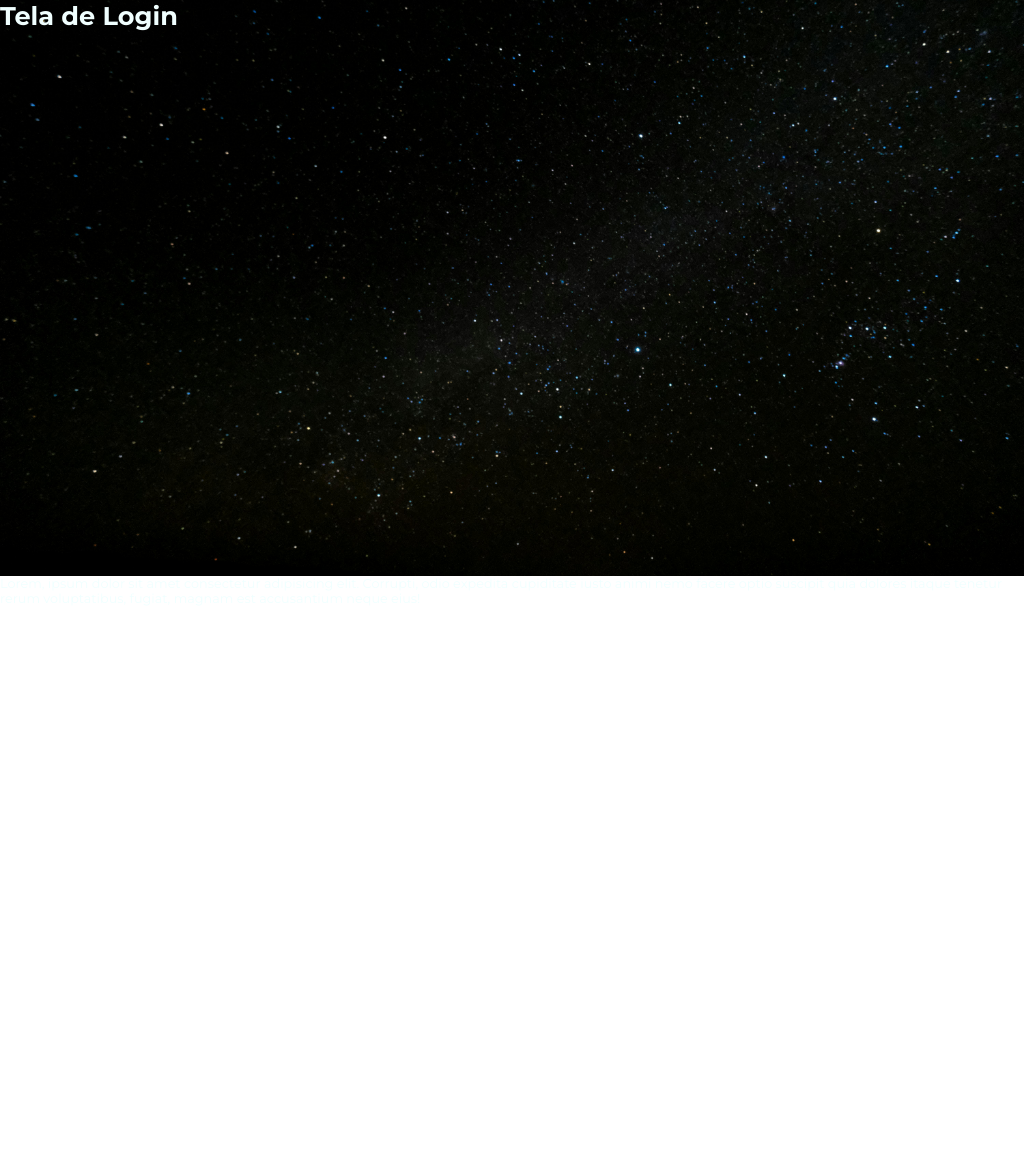
Repository: joao-paulo-paiva/tela-login
Page: index.html
The author's editor kept a copy of each file at every save. The page is drawn from the files as they stood at one save, then again after a run of saves.
The browser window is 1280 px wide. The pictures show the whole page, at 80% of full size.

Above is the page before, as saved 2025-04-15 10:33:22.

After the next 3 saves:
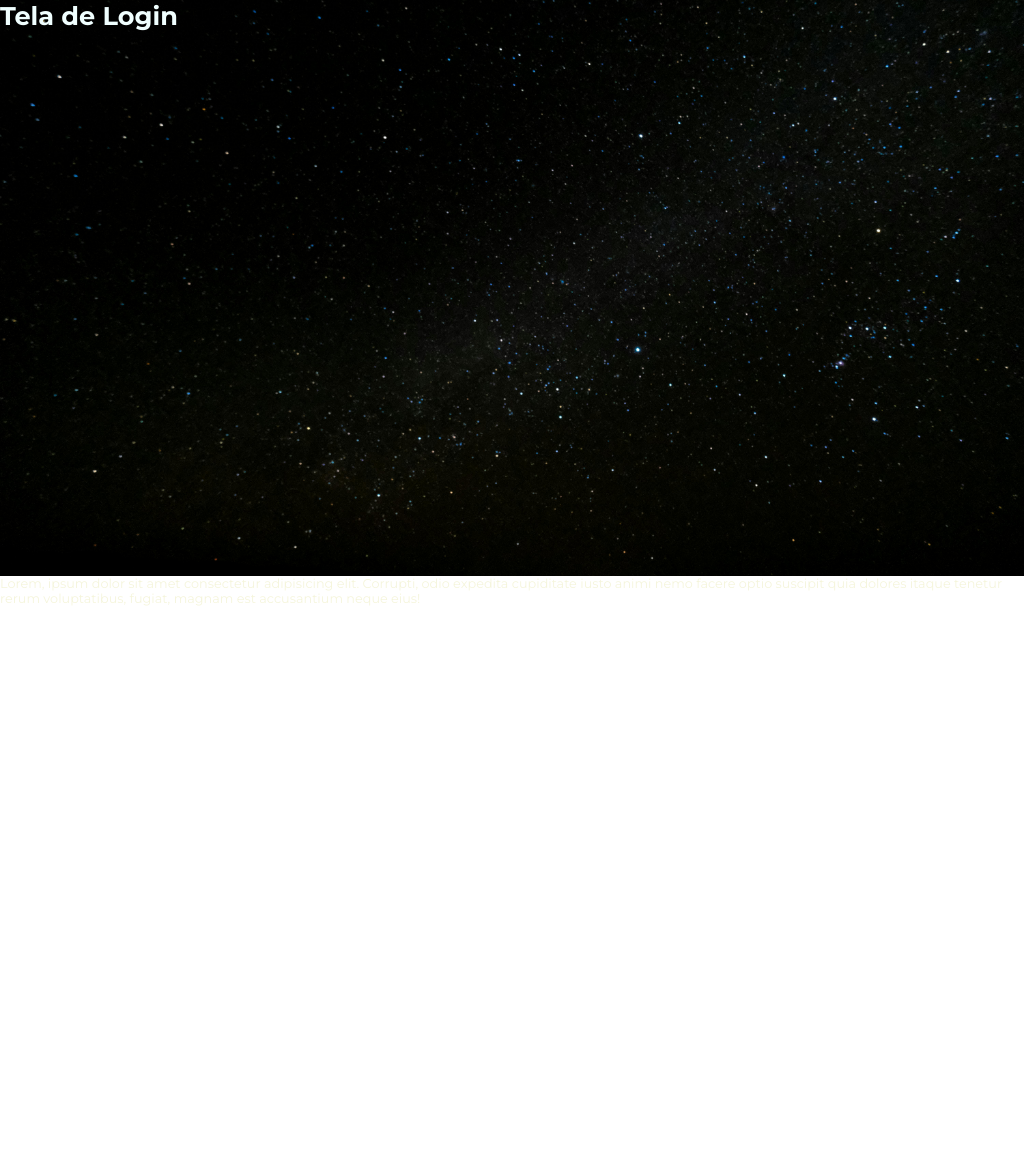
The 3 saves are shown as one change because they came seconds apart.
The last was saved 8 s later.
--- a/style.css
+++ b/style.css
@@ -20,4 +20,6 @@
     color: azure;
 }
 
-.container-esquerda p
+.container-esquerda p{
+    color: beige;
+}
